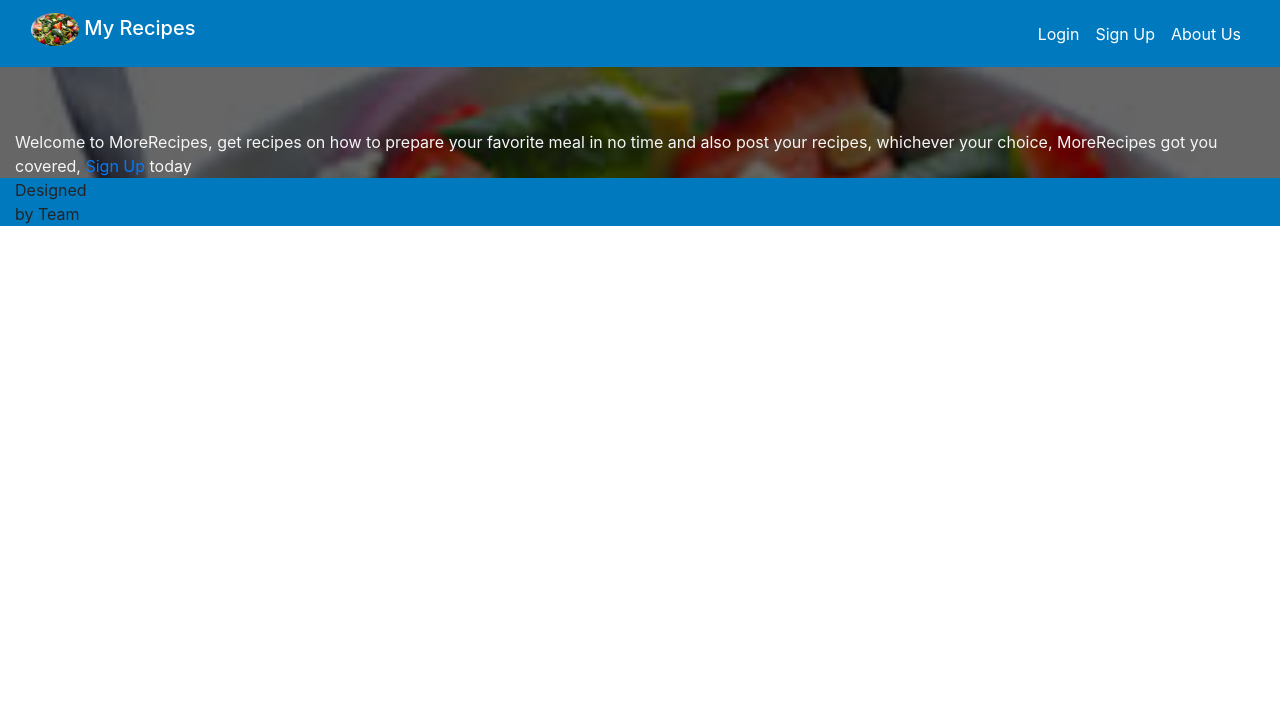
Repository: UggoPrince/more-recipes
Page: html/index.html
An editor plug-in stored every save of this project. The page is shown before and after the next save, followed by the edit.
The browser window is 1280 px wide. The pictures show the whole page.

Above is the page before, as saved 2018-07-30 06:56:32.

After the next save:
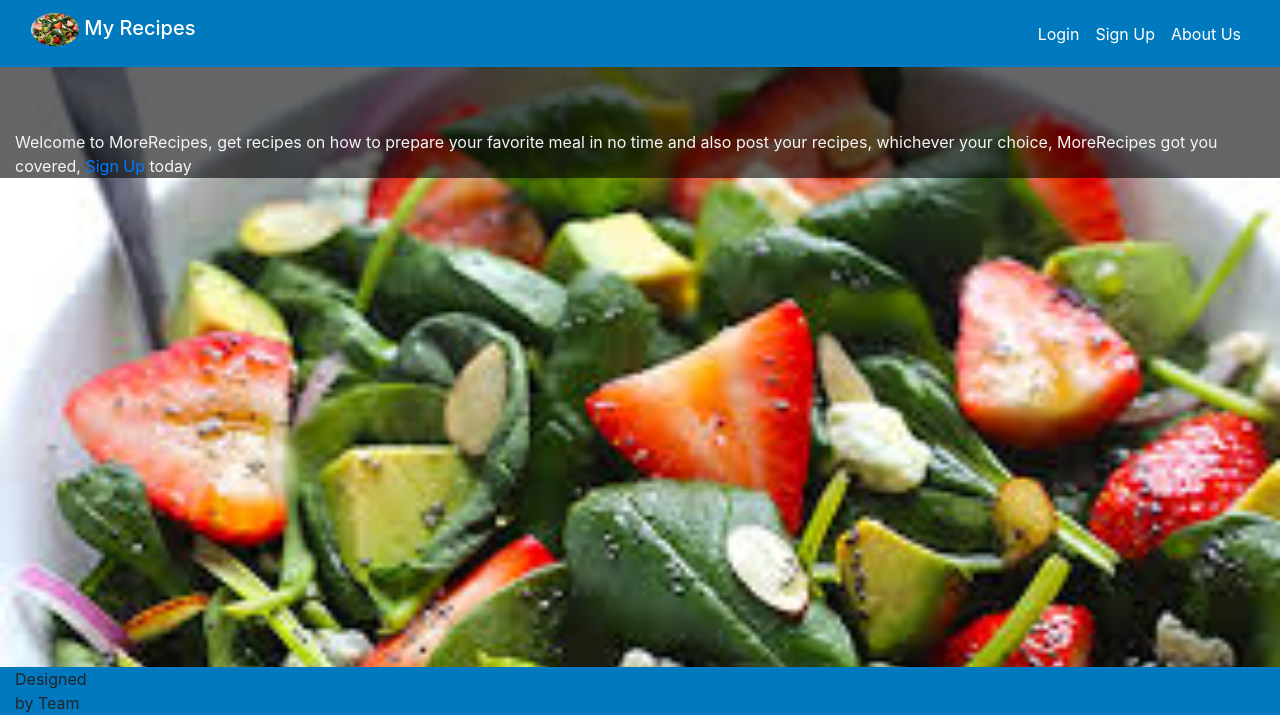
Saved 11 s later.
--- a/html/index.html
+++ b/html/index.html
@@ -14,6 +14,7 @@
       background-repeat: no-repeat;
       background-image: url(../img/nav-image.jpg);
       background-size: cover;
+      height: 600px;
       background-repeat: no-repeat;
     }
     nav {
